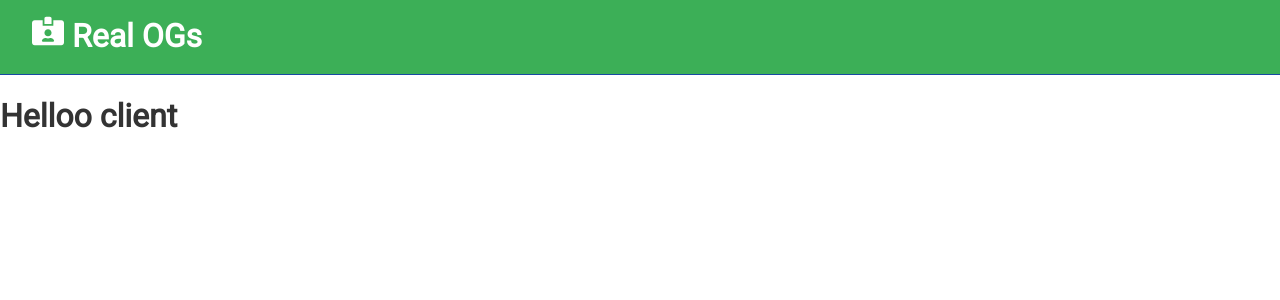
Repository: aaronmatei/contact-keeper
Page: / (app in client/)
The author's editor kept a copy of each file at every save. The page is drawn from the files as they stood at one save, then again after the next save.
The browser window is 1280 px wide. The pictures show the whole page.
The project was rebuilt for these pictures with package versions that can differ from the ones it lists, and the page was loaded fresh each time.

Above is the page before, as saved 2019-11-29 00:39:29.

After the next save:
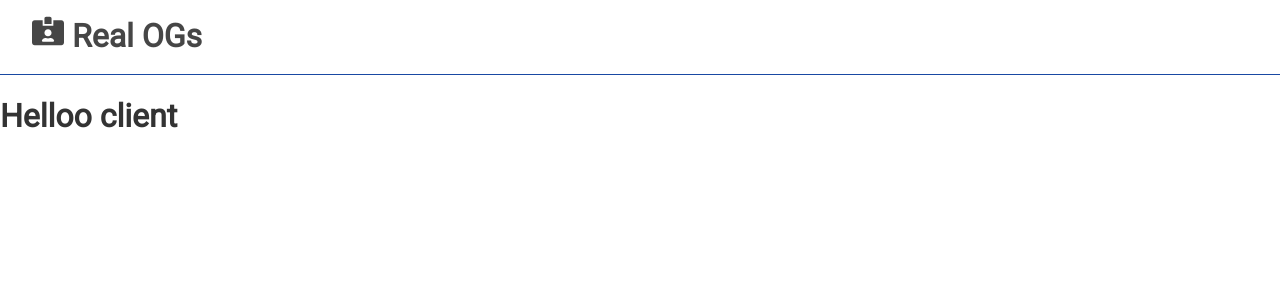
Saved 16 s later.
--- a/client/src/components/layout/Navbar.jsx
+++ b/client/src/components/layout/Navbar.jsx
@@ -4,7 +4,7 @@
 
 const Navbar = ({ title, icon }) => {
 	return (
-		<div className='navbar bg-success'>
+		<div className='navbar bg-info'>
 			<h1>
 				<FaIdCardAlt /> {title}
 			</h1>
